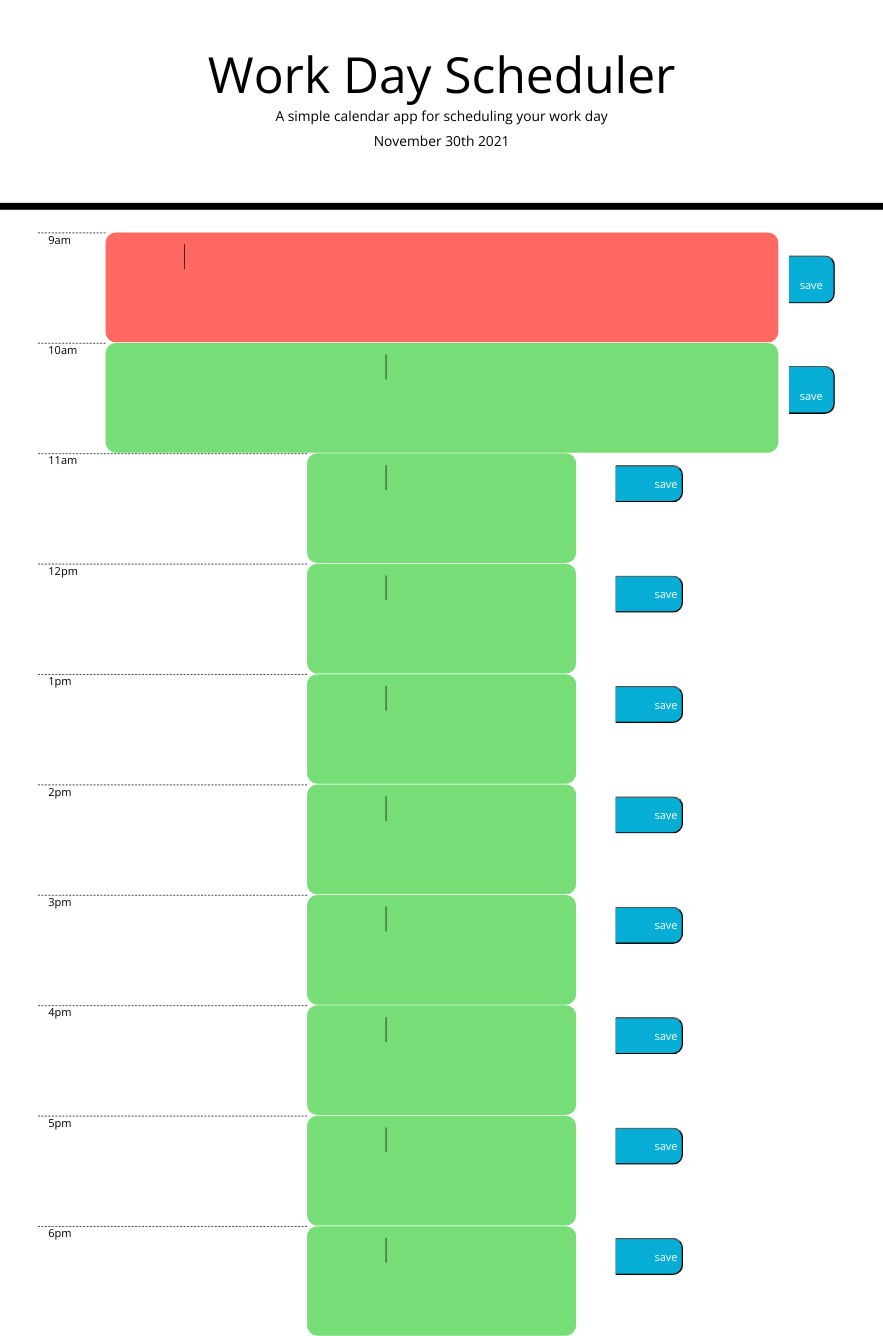
Repository: Naomilounsbury/work-day-scheduler
Page: index.html
These files come from the project's save history. The page is drawn as it stood at one moment and after the next save; the edit follows.
The browser window is 1280 px wide. The pictures show the whole page, at 69% of full size.
Some web libraries are served in a nearby version.

Above is the page before, as saved 2021-12-05 17:02:45.

### index.html
<!DOCTYPE html>
<html lang="en">

<head>
  <meta charset="UTF-8" />
  <meta name="viewport" content="width=device-width, initial-scale=1.0" />
  <meta http-equiv="X-UA-Compatible" content="ie=edge" />
  <link rel="stylesheet" href="https://stackpath.bootstrapcdn.com/bootstrap/4.3.1/css/bootstrap.min.css" />
  <link rel="stylesheet" href="https://use.fontawesome.com/releases/v5.8.1/css/all.css"
    integrity="sha384-50oBUHEmvpQ+1lW4y57PTFmhCaXp0ML5d60M1M7uH2+nqUivzIebhndOJK28anvf" crossorigin="anonymous" />
  <link href="https://fonts.googleapis.com/css?family=Open+Sans&display=swap" rel="stylesheet" />
  <link rel="stylesheet" href="./assets/css/style.css" />
  <title>Work Day Scheduler</title>
</head>

<body>
  <header class="jumbotron">
    <h1 class="display-3">Work Day Scheduler</h1>
    <p class="lead">A simple calendar app for scheduling your work day</p>
    <p id="currentDay" class="lead"></p>
  </header>
  <div class>
    <!-- Timeblocks go here -->
    <table class="container">
      <tr class="row">
        <td class="hour col-md-2 col-lg-1">9am</td>
        <td class="time-block col-lg-10" id="9">          <!-- all of my textareas are called btn which is ironic because they arent btns -->
          <textarea id="btn9" class="col-sm-8 col-md-8 col-lg-10" rows="2" cols="50">
          </textarea>
        </td>
        <td class="col-sm-2 col-md-2 col-lg-1">
          <button class="saveBtn" value="9">
            save
          </button>
        </td>
      </tr>
      <tr class="row">
        <td class="hour col-1">10am</td>
        <td class="time-block col-10" id="10">
          <textarea id="btn10">
            </textarea>
        </td>
        <td class="col-1">
          <button class="saveBtn" value="10">
            save
          </button>
        </td>
      </tr>
      <tr class="row">
        <td class="hour col">11am</td>
        <td class="time-block col" id="11">
          <textarea id="btn11">
            </textarea>
        </td>
        <td class="col">
          <button class="saveBtn" value="11">
            save
          </button>
        </td>
      </tr>
      <tr class="row">
        <td class="hour col">12pm</td>
        <td class="time-block col" id="12">
          <textarea id="btn12">
            </textarea>
        </td>
        <td class="col">
          <button class="saveBtn" value="12">
            save
          </button>
        </td>
      </tr>
      <tr class="row">
        <td class="hour col">1pm</td>
        <td class="time-block col" id="13">
          <textarea id="btn13">
            </textarea>
        </td>
        <td class="col">
          <button class="saveBtn" value="13">
            save
          </button>
        </td>
      </tr>
      <tr class="row">
        <td class="hour col">2pm</td>
        <td class="time-block col" id="14">
          <textarea id="btn14">
            </textarea>
        </td>
        <td class="col">
          <button class="saveBtn" value="14">
            save
          </button>
        </td>
      </tr>
      <tr class="row">
        <td class="hour col">3pm</td>
        <td class="time-block col" id="15">
          <textarea id="btn15">
          </textarea>
        </td>
        <td class="col">
          <button class="saveBtn" value="15">
            save
          </button>
        </td>
      </tr>
      <tr class="row">
        <td class="hour col">4pm</td>
        <td class="time-block col" id="16">
          <textarea id="btn16">
            </textarea>
        </td>
        <td class="col">
          <button class="saveBtn" value="16">
            save
          </button>
        </td>
      </tr>
      <tr class="row">
        <td class="hour col">5pm</td>
        <td class="time-block col" id="17">
          <textarea id="btn17">
            </textarea>
        </td>
        <td class="col">
          <button class="saveBtn" value="17">
            save
          </button>
        </td>
      </tr>
      <tr class="row">
        <td class="hour col">6pm</td>
        <td class="time-block col" id="18">
          <textarea id="btn18">
            </textarea>
        </td>
        <td class="col">
          <button class="saveBtn" value="18">
            save
          </button>
        </td>
      </tr>
    </table>
  </div>

  <!-- I didnt actually use jquery -->
  <script src="https://code.jquery.com/jquery-3.4.1.min.js"></script>
  <script src="https://cdnjs.cloudflare.com/ajax/libs/moment.js/2.24.0/moment.min.js"></script>
  <script src="assets/js/script.js"></script>
</body>

</html>

### assets/css/style.css
body {
  font-family: 'Open Sans', sans-serif;
  font-size: 16px;
  line-height: 1;
}

textarea{
  background: transparent;
  border: none;
  resize: none;
  color: #000000;
  border-left: 1px solid black;
  /* padding: 10px; */
}

.jumbotron {
  text-align: center;
  background-color: transparent;
  color: black;
  border-radius: 0;
  border-bottom: 10px solid black;
}

.description{
  white-space: pre-wrap;
}

.time-block{
  text-align: center;
  border-radius: 15px;
}

.row {
  white-space: pre-wrap;
  height: 160px;
  border-top: 1px solid white;;
}

.hour {
  background-color: #ffffff;
  color: #000000;
  border-top: 1px dashed #000000;
}

.past {
  background-color: #d3d3d3;
  color: white;
}

.present {
  background-color: #ff6961;
  color: white;
}

.future {
  background-color: #77dd77;
  color: white;
}

.saveBtn {
  border-left: 1px solid black;
  border-top-right-radius: 15px;
  border-bottom-right-radius: 15px;
  background-color: #06AED5;
  color: white;
}

.saveBtn i:hover {
  font-size: 20px;
  transition: all .3s ease-in-out;
}

### assets/js/script.js
//using moment to get the current time
currentTime = moment();
//connected it to the current day spot in the html
currentDayEl = document.querySelector("#currentDay");
var displayDate = currentTime.format('MMMM Do YYYY');
//backticks are a way of adding dynamic things into a string when used with a dollar sign


currentDayEl.innerText = displayDate
//going to get my timeblock element
//weirdly I didnt have a var in front of this elemnet and it still worked
var timeBlockEl = document.querySelectorAll(".time-block");
//made a function called checkTime to check the current time to compare with the time on the scheduler
var checkTime = function (currentEl) {
    //will maybe hit a block because will use 24 hours as ids but if the current time that I chose from moment is 12 hours they wont match up
    var timeBlock = moment().hour(parseInt(currentEl.id))
    console.log(timeBlock)
    //if the block hour id is less than the current time hour we return the class name past
    if (timeBlock.hour() < currentTime.hour()) {
        return "past"
    }
    if (timeBlock.hour() > currentTime.hour()) {
        return "future"
    }
    if (timeBlock.hour() === currentTime.hour()) {
        return "present"
    }

    //if element is in the past return past
    //if element is in the future return future
    //if element is in the present return present
}
for (i = 0; i <= timeBlockEl.length - 1; i++) {
    //timeblock elements already have the class timeblock. If we just replaced the class with future or present
    //it would erase the class, so we want to add to the class
    //check time returns the new class
    //this creates regular time-block class with past future or present added to it. like when it returns past = "time-block past"

    timeBlockEl[i].className = timeBlockEl[i].className + " " + checkTime(timeBlockEl[i])
}
//we need a function to show us whats happening using the word on because it runs on an event

var onSave = function (event) {
    //so I couldn't figure out why it wasn't pulling the value of the textarea
    //so we looked at w3schools and they said add a .value which honestly should have been intuitive
    //we are using backticks here hecause we want to dynamically change the id and if they click on 10, we want the id to reflect number 10
    //inside the ${} is code that will later be evaulated to a string depending on the button clicked
    if (document.querySelector(`#btn${event.target.value}`).value) {
        //originally put event.target.id but then we realized we didn't have a id on the freaken button but
        //what we did have was a value so we did .value
        var timeBlockEvent = document.querySelector(`#btn${event.target.value}`).value
        //i'm doing a .trim because there is a lot of white space in the value
        localStorage.setItem(`${event.target.value}`, timeBlockEvent.trim())
    }

}
//used jquery to save the onclick here instead of for each in the html
$(".saveBtn").click(onSave)
//we are going to create a timeblock array and go through it to check if local storage has anything for that timeblock
//
var eventArray = [9, 10, 11, 12, 13, 14, 15, 16, 17, 18]


//javascript has a special for loop for going through objects
//according to stack overflow, it can be a for in loop or a for of loop
//and object.keys creates an array to use in a for of loop
for (var key of eventArray) {
    //so this for loop will loop through each item in the array and then going
    //into local storage and getting the number/ eventtext, if there is text in local storage that will be what is
    //saved
    //the backticks make it dynamic and the key is grabbing the key from what was saved
    var eventText = localStorage.getItem(`${key}`)
    //here we are getting our eventText because we named our textarea id btn# which at leastwas consistent
    //and so we are using btn${key} to get the btn# to know what to save
    //need hash in front of btn because its an id
    if (eventText) {
        //I freakin hate this. .value is descriptive and easy to use
        //.val means nothing to me
        $(`#btn${key}`).val(eventText)
    }
    // this tries to grab the key events and turns it into a usable array
//if events isn't there then it creates an empty array.
var array = JSON.parse(localStorage.getItem("events")) || []
//onSave
function saveIt(time, description) {
    // grab the target value back in timebloc
    //if(document.querySelector(`#btn${event.target.value}`).value){
    //actually grabs it
    //var timeBlockEvent = document.querySelector(`#btn${event.target.value}`).value
    // naming the object
    var object = {
        hour: time,
        event: description
    }
    for (var i = 0; i < array.length; i++) {
        //createing an element to hold the array
        var el = array[i]
        //the hour element of the array is equal to the hour element of the object
        //then the timeblock event is equal to the element event and updates it
        if (el.hour === object.hour && i < array.length) {
            el.event = timeBlockEvent
        }
        else if (el.hour !== object.hour && i === array.length - 1) {
            array.push(object)

        }
    }
    localStorage.setItem("events", JSON.stringify(array))
}

}

After the next save:
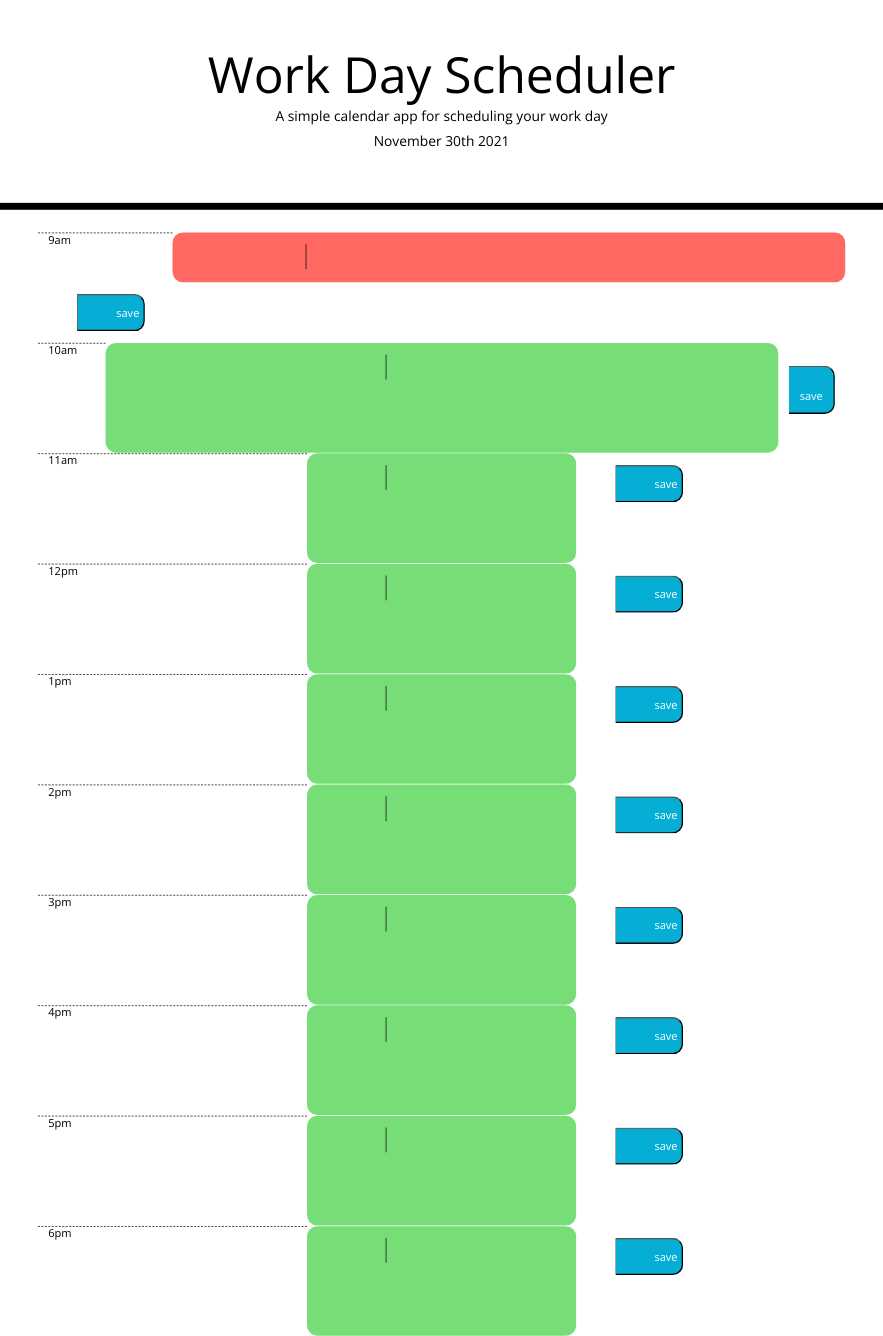
Saved 82 s later.
--- a/index.html
+++ b/index.html
@@ -23,12 +23,12 @@
     <!-- Timeblocks go here -->
     <table class="container">
       <tr class="row">
-        <td class="hour col-md-2 col-lg-1">9am</td>
+        <td class="hour col-2">9am</td>
         <td class="time-block col-lg-10" id="9">          <!-- all of my textareas are called btn which is ironic because they arent btns -->
-          <textarea id="btn9" class="col-sm-8 col-md-8 col-lg-10" rows="2" cols="50">
+          <textarea id="btn9" class="col-8" rows="2" cols="50">
           </textarea>
         </td>
-        <td class="col-sm-2 col-md-2 col-lg-1">
+        <td class="col-2">
           <button class="saveBtn" value="9">
             save
           </button>
